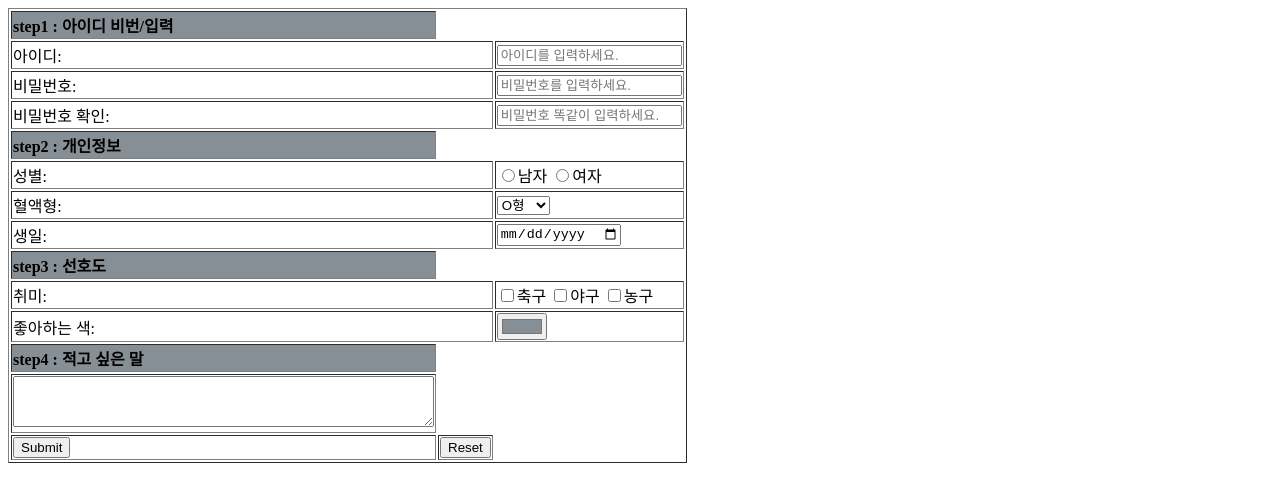
Repository: pillz9408/Jsp-Servlet
Page: jspstudy/day02/src/main/webapp/Lab2Join.html
These files come from the project's save history. The page is drawn as it stood at one moment and after the next save; the edit follows.
The browser window is 1280 px wide. The pictures show the whole page.

Above is the page before, as saved 2022-10-05 06:31:04.

### jspstudy/day02/src/main/webapp/Lab2Join.html
<!DOCTYPE html>
<html>
<head>
<meta charset="UTF-8">
<title>lab2join</title>
</head>
<body>
<form action="lab2join" method="post">
<table border width="400">
	<tr>
	<td bgcolor="#868e96"><b>step1 : 아이디 비번/입력</b></td>
	</tr>
	<tr>
	<td colspan="2">아이디:</td><td><input type="text" name="id" placeholder="아이디를 입력하세요."></td>
	</tr>
	<tr>
	<td colspan="2">비밀번호:</td><td><input type="password" name="pass" placeholder="비밀번호를 입력하세요."></td>
	</tr>
	<tr>
	<td colspan="2">비밀번호 확인:</td><td><input type="password" name="passcheck" placeholder="비밀번호 똑같이 입력하세요."> </td>
	</tr>
	<tr>
	<td bgcolor="#868e96"><b>step2 : 개인정보</b></td>
	</tr>
	<tr>
	<td colspan="2">성별:</td><td><input type="radio"name="gender" value="남자">남자
	<input type="radio"name="gender" value="여자">여자</td>
	</tr>
	<tr>
	<td colspan="2">혈액형:</td><td><select name='btype'>
		<option value="o">O형
		<option value="A">A형
		<option value="B">B형
		<option value="AB">AB형
		</select>
		</td>
	</tr>
	<tr>
	<td colspan="2">생일: </td><td><input type="date" name="date" placeholder="년년년년-월월-일일"></td>
	</tr>
	<tr>
	<td bgcolor="#868e96"><b>step3 : 선호도</b></td>
	</tr>
	<tr>
	<td colspan="2">취미:</td><td><input type="checkbox" name="hobby" value="축구">축구
	<input type="checkbox" name="hobby" value="야구">야구
	<input type="checkbox" name="hobby" value="농구">농구
	</td>
	</tr>
	<tr>
	<td colspan="2">좋아하는 색:</td><td><input type="color" name="color" value="#868e96"></td>
	</tr>
	<tr>
	<td bgcolor="#868e96"><b>step4 : 적고 싶은 말</b></td>
	</tr>
	<tr>
	<td><textarea name="writes" rows="3" cols="50"></textarea>
	</tr>
	<tr>
	<td><input type="submit" name="제출"></td><td><input type="reset" name="초기화"></td>
	</tr>
</table>
</form>
</body>
</html>

After the next save:
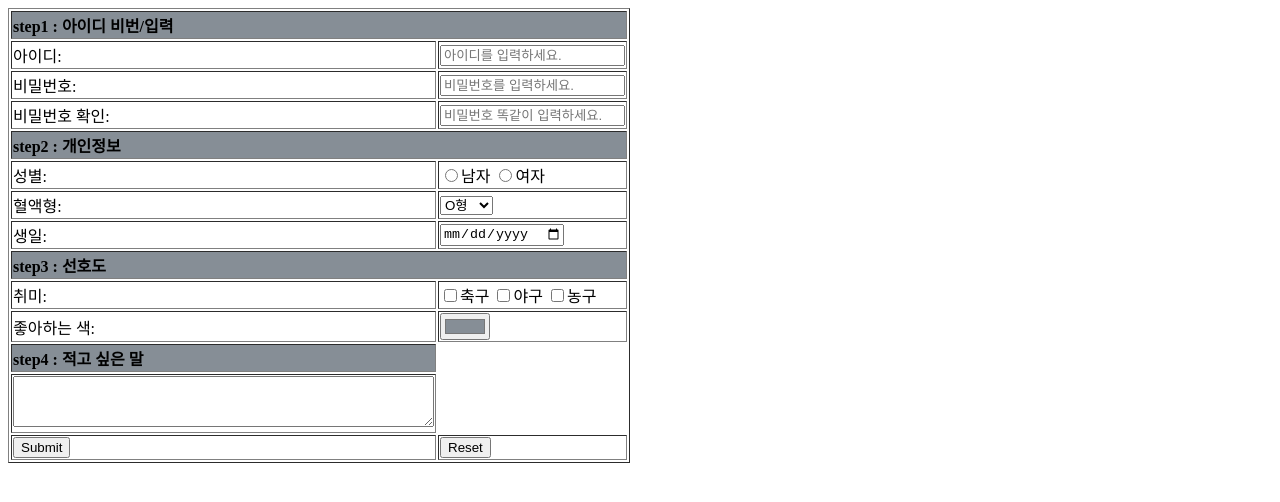
Saved 86 s later.
--- a/jspstudy/day02/src/main/webapp/Lab2Join.html
+++ b/jspstudy/day02/src/main/webapp/Lab2Join.html
@@ -8,26 +8,26 @@
 <form action="lab2join" method="post">
 <table border width="400">
 	<tr>
-	<td bgcolor="#868e96"><b>step1 : 아이디 비번/입력</b></td>
+	<td colspan="2" bgcolor="#868e96"><b>step1 : 아이디 비번/입력</b></td>
 	</tr>
 	<tr>
-	<td colspan="2">아이디:</td><td><input type="text" name="id" placeholder="아이디를 입력하세요."></td>
+	<td>아이디:</td><td><input type="text" name="id" placeholder="아이디를 입력하세요."></td>
 	</tr>
 	<tr>
-	<td colspan="2">비밀번호:</td><td><input type="password" name="pass" placeholder="비밀번호를 입력하세요."></td>
+	<td>비밀번호:</td><td><input type="password" name="pass" placeholder="비밀번호를 입력하세요."></td>
 	</tr>
 	<tr>
-	<td colspan="2">비밀번호 확인:</td><td><input type="password" name="passcheck" placeholder="비밀번호 똑같이 입력하세요."> </td>
+	<td>비밀번호 확인:</td><td><input type="password" name="passcheck" placeholder="비밀번호 똑같이 입력하세요."> </td>
 	</tr>
 	<tr>
-	<td bgcolor="#868e96"><b>step2 : 개인정보</b></td>
+	<td colspan="2" bgcolor="#868e96"><b>step2 : 개인정보</b></td>
 	</tr>
 	<tr>
-	<td colspan="2">성별:</td><td><input type="radio"name="gender" value="남자">남자
+	<td>성별:</td><td><input type="radio"name="gender" value="남자">남자
 	<input type="radio"name="gender" value="여자">여자</td>
 	</tr>
 	<tr>
-	<td colspan="2">혈액형:</td><td><select name='btype'>
+	<td>혈액형:</td><td><select name='btype'>
 		<option value="o">O형
 		<option value="A">A형
 		<option value="B">B형
@@ -36,19 +36,19 @@
 		</td>
 	</tr>
 	<tr>
-	<td colspan="2">생일: </td><td><input type="date" name="date" placeholder="년년년년-월월-일일"></td>
+	<td>생일: </td><td><input type="date" name="date" placeholder="년년년년-월월-일일"></td>
 	</tr>
 	<tr>
-	<td bgcolor="#868e96"><b>step3 : 선호도</b></td>
+	<td colspan="2" bgcolor="#868e96"><b>step3 : 선호도</b></td>
 	</tr>
 	<tr>
-	<td colspan="2">취미:</td><td><input type="checkbox" name="hobby" value="축구">축구
+	<td>취미:</td><td><input type="checkbox" name="hobby" value="축구">축구
 	<input type="checkbox" name="hobby" value="야구">야구
 	<input type="checkbox" name="hobby" value="농구">농구
 	</td>
 	</tr>
 	<tr>
-	<td colspan="2">좋아하는 색:</td><td><input type="color" name="color" value="#868e96"></td>
+	<td>좋아하는 색:</td><td><input type="color" name="color" value="#868e96"></td>
 	</tr>
 	<tr>
 	<td bgcolor="#868e96"><b>step4 : 적고 싶은 말</b></td>
